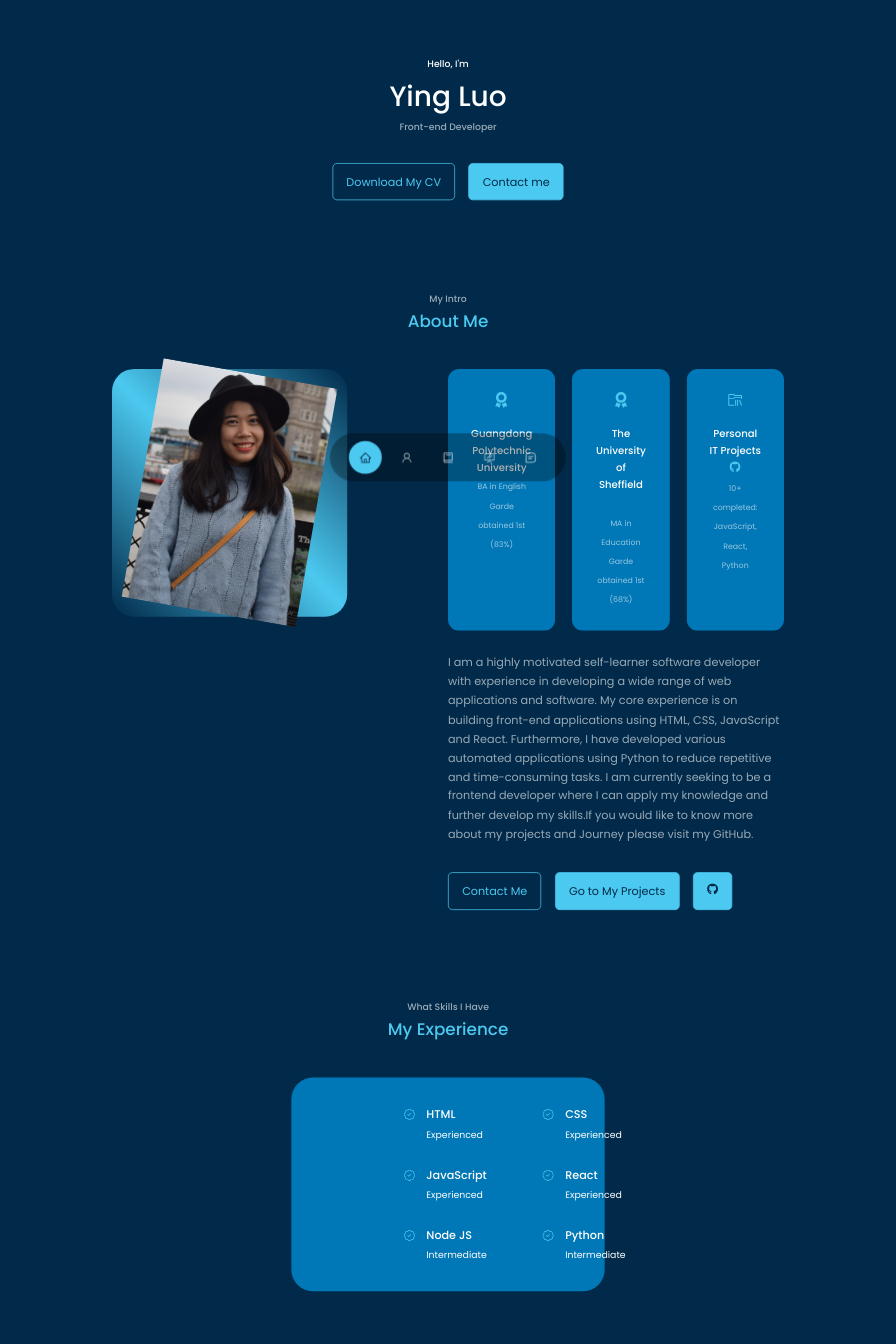
Repository: yingluo1020/react-portfolio-website
Page: /
An editor plug-in stored every save of this project. The page is shown before and after the next save, followed by the edit.
The browser window is 1280 px wide. The pictures show the part of the page from y = 0 to 1920 px (the page is 3794 px tall before and 3758 px after), at 70% of full size.
The project was rebuilt for these pictures with package versions that can differ from the ones it lists, and the page was loaded fresh each time. Imported but missing from the stored project, and not drawn on this page: src/assets/cv1.pdf.

Above is the page before, as saved 2022-03-16 09:28:32.

### src/index.css
@import url('https://fonts.googleapis.com/css2?family=Poppins:wght@300;400;500;600&display=swap');

* {
 margin: 0;
 padding: 0;
 border: 0;
 outline: 0;
 box-sizing: border-box;
 list-style: none;
 text-decoration: none;
}

:root {
    --color-bg:#012a4a;
    --color-bg-variant:#0077b6;
    --color-primary:#4cc9f0;
    --color-primary-variant:rgba(77,181,255,0.4);
    --color-white:#fff;
    --color-light:rgba(255,255,255,0.6);

    --transition:all 400ms ease;

    --container-width-lg:75%;
    --container-width-md:86%;
    --container-width-sm:90%;
}

html {
    scroll-behavior:smooth;
}

::-webkit-scrollbar {
    display: none;
}

body {
    font-family: 'Poppins', sans-serif;
    background: var(--color-bg);
    color:var(--color-white);
    line-height:1.7;
}

/* general styles */
.container {
    width:var(--container-width-lg);
    margin: 0 auto;
}

h1,
h2,
h3,
h4,
h5 {
    font-weight: 500;
}

h1 {
    font-size: 2.5rem;
}

section {
    margin-top: 8rem;
    /* height: 100vh; */
}

section > h2, section > h5 {
    text-align: center;
    color: var(--color-light);
}

section > h2 {
    color: var(--color-primary);
    margin-bottom: 3rem;
}

.text-light {
    color: var(--color-light);
}

a {
    color: var(--color-primary);
    transition: var(--transition);
}

a:hover {
    color: var(--color-white);
}

.btn {
    width: max-content;
    display: inline-block;
    color: var(--color-primary);
    padding: 0.75rem 1.2rem;
    border-radius:0.4rem;
    cursor: pointer;
    border: 1px solid var(--color-primary);
    transition: var(--transition);
}

.btn:hover{
    background: var(--color-white);
    color: var(--color-bg);
    border-color: transparent;
}

.btn-primary {
    background: var(--color-primary);
    color: var(--color-bg);
}

img{
    display: block;
    width: 100%;
    object-fit: cover;
}

/* media queries(medium devices)*/
@media screen and (max-width:1024px) {
    .container {
        width: var(--container-width-sm);
    }

    section> h2 {
        margin-bottom: 2rem;
    }
}

### src/components/header/Header.js
import React from 'react'
import avatar from '../../assets/avatar.JPG'
import './header.css';
import CV from '../../assets/cv1.pdf'


function Header() {
    return (
        <header>
            <div className="container header_container">
                <h5>Hello, I'm</h5>
                <h1>Ying Luo</h1>
                <h5 className="text-light">Front-end Developer</h5>

                <div className='cta'>
                    <a href={CV} download className='btn'>Download My CV</a>
                    <a href="#contact" className='btn btn-primary'>Contact me</a>
                </div>
            </div>
        </header>
    )
}

export default Header

### src/components/nav/Nav.js
import React, { useState } from 'react'
import './nav.css'
import { AiOutlineHome, } from 'react-icons/ai'
import { AiOutlineUser } from 'react-icons/ai'
import { BiBook } from 'react-icons/bi'
import { AiOutlineFundProjectionScreen } from 'react-icons/ai'
import { BiMessageSquareDetail } from 'react-icons/bi'


function Nav() {
    const [activeNav, setActiveNav] = useState('#')
    return (
        <nav>
            <a href="#" onClick={() => setActiveNav('#')} className={activeNav === '#' ? 'active' : ''}><AiOutlineHome /></a>
            <a href="#about" onClick={() => setActiveNav('#about')} className={activeNav === '#about' ? 'active' : ''}><AiOutlineUser /></a>
            <a href="#experience" onClick={() => setActiveNav('#experience')} className={activeNav === '#experience' ? 'active' : ''}><BiBook /></a>
            <a href="#portfolio" onClick={() => setActiveNav('#services')} className={activeNav === '#services' ? 'active' : ''}><AiOutlineFundProjectionScreen /></a>
            <a href="#contact" onClick={() => setActiveNav('#contact')} className={activeNav === '#contact' ? 'active' : ''}><BiMessageSquareDetail /></a>
        </nav>
    )
}

export default Nav

### src/components/portfolio/Portfolio.js
import React from 'react'
import './portfolio.css';
import project1 from '../../assets/todo1.jpg'
import project2 from '../../assets/search.jpg'
import project3 from '../../assets/btc_alert.jpg'



function Portfolio() {
    return (
        <section id='portfolio'>
            <h5>My Projects</h5>
            <h2>Portfolio</h2>
            <div className="container portfolio_container ">
                <article className='portfolio'>
                    <div className="portfolio_head">
                        <h3 >To-Do List web app</h3>
                    </div>


                    <div className="portfolio_item-image">
                        <img src={project1} alt="project1" />
                    </div>

                    <div className="portfolio_link">
                        <a href="https://github.com" target='_blank' className='btn btn-primary'>Github</a>
                    </div>
                </article>

                <article className='portfolio'>
                    <div className="portfolio_head">
                        <h3 >To-Do List web app</h3>
                    </div>

                    <div className="portfolio_body">
                        <div className="portfolio_item-image">
                            <img src={project2} alt="project1" />
                        </div>
                    </div>
                    <div className="portfolio_link">
                        <a href="https://github.com" target='_blank' className='btn btn-primary'>Github</a>
                    </div>
                </article>

                <article className='portfolio'>
                    <div className="portfolio_head">
                        <h3 >To-Do List web app</h3>
                    </div>

                    <div className="portfolio_body">
                        <div className="portfolio_item-image">
                            <img src={project3} alt="project1" />
                        </div>
                    </div>
                    <div className="portfolio_link">
                        <a href="https://github.com" target='_blank' className='btn btn-primary'>Github</a>
                    </div>
                </article>

            </div>
        </section>
    )
}

export default Portfolio

### src/components/contact/Contact.js
import React, { useRef } from 'react'
import './contact.css'
import { MdOutlineEmail } from 'react-icons/md'
import { RiMessengerLine } from 'react-icons/ri'
import { BsWhatsapp } from 'react-icons/bs'
import emailjs from '@emailjs/browser';


function Contact() {
    const form = useRef();

    const sendEmail = (e) => {
        e.preventDefault();

        emailjs.sendForm('service_s6sapzl', 'template_utnko3u', form.current, 'user_Ak4JS85QR5w9GZLqKm3hY')

        alert(`I'll will reply you ASAP :)`)
        e.target.reset()
    };

    return (
        <section id="contact">
            <h5>Get In Touch</h5>
            <h2>Contact Me</h2>

            <div className="container contact_container">
                <div className="contact_options">
                    <article className='contact_option'>
                        <MdOutlineEmail className='contact_option-icon' />
                        <h4>Email</h4>
                        <h5>yingluo1020@gmail.com</h5>
                        <a href="mailto:yingluo1020@gmail.com" target='_blank'>Send a message</a>
                    </article>

                    <article className='contact_option'>
                        <RiMessengerLine className='contact_option-icon' />
                        <h4>Messenger</h4>
                        <h5>Ying Luo</h5>
                        <a href="https://m.me/yng.luo" target='_blank'>Send a message</a>
                    </article>

                    <article className='contact_option'>
                        <BsWhatsapp className='contact_option-icon' />
                        <h4>WhatsApp</h4>
                        <h5>+44 7407171383</h5>
                        <a href="https://api.whatsapp.com/send?phone+447407171383" target='_blank'>Send a message</a>
                    </article>
                </div>
                {/* End of contact options */}
                <form action="" ref={form} onSubmit={sendEmail}>
                    <input type="text" name='name' placeholder='Your Name' required />
                    <input type="email" name='email' placeholder='Your Email' required />
                    <textarea type="text" name='name' placeholder='Your Message' required ></textarea>
                    <button type="submit" className="btn btn-primary">Send a message</button>
                </form>

            </div>
        </section>

    )
}

export default Contact

### src/components/footer/Footer.js
import React from 'react'
import './footer.css'
import { BsLinkedin } from 'react-icons/bs';
import { FaGithub } from 'react-icons/fa';
import { FiDribbble } from 'react-icons/fi';


function Footer() {
    return (
        <footer>
            <a href="https://github.com/yingluo1020" target="_blank" className='footer_logo'><FaGithub /> Ying Luo</a>
            <ul className='permalinks'>
                <li><a href="#">Home</a></li>
                <li><a href="#about">About</a></li>
                <li><a href="#experience">Experience</a></li>
                <li><a href="#portfolio">Portfolio</a></li>
                <li><a href="#contact">Contact</a></li>
            </ul>

            <div className="footer_copyright">
                <small>&copy; All rights reserved by Ying Luo.</small>
            </div>
        </footer>
    )
}

export default Footer

### src/components/header/header.css
header {
    height: 40vh;
    padding-top: 5rem;
    overflow: hidden;
}

.header_container {
    text-align: center;
    height: 100%;
    position: relative;
}

.cta {
    margin: 2.5rem auto;
    display: flex;
    gap:1.2rem;
    justify-content: center;
}

.avatar {
    background: linear-gradient(var(--color-primary),transparent) ;
    width: 22rem;
    height: 30rem;
    position: absolute;
    left: calc(50% - 11rem);
    border-radius: 12rem 12rem 0 0 ;
    overflow: hidden;
    padding: 5rem 1.5rem 1.5rem 1.5rem;
}

### src/components/nav/nav.css
nav {
    background: rgba(0, 0, 0, 0.3);
    width: max-content;
    display: block;
    padding:0.7rem 1.7rem;
    z-index: 2;
    position: fixed;
    left: 50%;
    transform: translateX(-50%);
    bottom: 2rem;
    display: flex;
    gap: 0.8rem;
    border-radius: 3rem;
    /* backdrop-filter: blur(15px); */
}

nav a {
    background: transparent;
    padding: 0.9rem;
    border-radius:50% ;
    display: flex;
    color: var(--color-light);
    font-size: 1.1rem;
}

nav a:hover{
    background: rgba(0, 0, 0, 0.3);
}

nav a.active {
    background: var(--color-primary);
    color: var(--color-bg);
}

### src/components/about/about.css
.about_container {
    display: grid;
    grid-template-columns: 35% 50%;
    gap: 15%;
}

.about_me{
    width: 100%;
    aspect-ratio: 0.95/1;
    border-radius: 2rem;
    background: linear-gradient(45deg,transparent,var( --color-primary),transparent);
    display: grid;
    place-items: center;
}

.about_image {
    border-radius: 2rem;
    overflow: hidden;
    transform: rotate(10deg);
    transition: var(--transition);
}

.about_image:hover{
    transform: rotate(0);
}

.about_image img {
    width: 75%;
    margin: 0 auto;
}
.about_cards {
    display: grid;
    grid-template-columns: repeat(3,1fr);
    gap: 1.5rem;
}

.about_card {
    background: var(--color-bg-variant);
    border:1px solid transparent ;
    border-radius: 1rem;
    padding: 2rem;
    text-align: center;
    transition: var(--transition);
}

.about_card:hover {
    background:transparent;
    border-color:var(--color-primary-variant) ;
    cursor: default;
}

.about_icon {
    color: var(--color-primary);
    font-size: 1.4rem;
    margin-bottom: 1rem;
}

.about_card h5 {
    font-size: 0.9rem;
}

.about_card small {
    font-size: 0.7rem;
    color: var(--color-light);
}

.about_content p {
    margin: 2rem 0 2.6rem;
    color: var(--color-light);
}

.about_content .about_btn {
    display: flex;
    gap:1.2rem;
}

/* media queries(medium devices)*/
@media screen and (max-width:1024px) {
    .about_container {
        grid-template-columns: 1fr ;
        gap:0;
    }

    .about_me{
        width: 50%;
        margin: 2rem auto 4rem;
    }

    .about_content p {
        margin: 1rem 0 1.5rem;
    }
}

/* media queries(small devices)*/
@media screen and (max-width:600px) {
    .about_me{
        width: 65%;
        margin: 0 auto 3rem;
    }

    .about_cards {
        grid-template-columns: 1fr 1fr;
        gap: 1rem;
    }

    .about_content {
        text-align: center;
    }

    .about_content p {
        margin: 1.5rem 0;
    }
}

### src/components/experience/experience.css
.experience_container{
    width: 35%;
}

.experience_container >div {
    background: var(--color-bg-variant);
    padding: 2.4rem 10rem;
    border-radius: 2rem;
    border: 1px solid transparent;
    transition: var(--transition);
}

.experience_container >div:hover{
    background: transparent;
    border-color: var(--color-primary-variant);
    cursor: default;
}

.experience_content {
    display: grid;
    grid-template-columns: 1fr 1fr;
    gap: 5rem;
    row-gap: 2rem;
}

.experience_details {
    display: flex;
    gap: 1rem;
}

.experience_details-icon{
    margin-top: 6px;
    color: var(--color-primary);
}

/* media queries(medium devices)*/
@media screen and (max-width:1024px) {
    .experience_container{
        grid-template-columns: 1fr;
    }

    .experience_container >div {
        width: 80%;
        padding: 2rem;
        margin: 0 auto;
    }

    .experience_content {
        padding: 1rem;
    }
}

/* media queries(small devices)*/
@media screen and (max-width:600px) {
    .experience_container{
        gap: 1rem;
    }

    .experience_container >div {
        width: 100%;
        padding: 2rem 1rem;
    }
}

### src/components/portfolio/portfolio.css
.portfolio_container{
    display: grid;
    grid-template-columns: repeat(3,1fr);
    gap: 2.5rem;
}

.portfolio {
    background: var(--color-bg-variant);
    border-radius:0 0 2rem 2rem;
    border: 1px solid transparent;
    /* height: fit-content; */
    transition: var(--transition);
}

.portfolio:hover {
    background: transparent;
    border-color: var(--color-primary-variant);
    transition: var(--transition);
}

.portfolio_head{
    background: var(--color-primary);
    border-radius:0 0 2rem 2rem;
    padding: 2rem;
    box-shadow: 0 2rem 1rem rgba(0,0,0,0.1);
}

.portfolio_head h3 {
    text-align: center;
    font-size: 1rem;
    color: var(--color-bg);
}

.portfolio_item-image {
    width: 20rem;
    height: 20rem;
    /* aspect-ratio: 1/1;   */
    border-radius: 1.5rem;
    overflow: hidden;
    margin: 1rem auto;
}

.portfolio_link {
    display: flex;
    justify-content: center;
    margin: 1rem 0;
}


/* media queries(medium devices)*/
@media screen and (max-width:1024px) {
    .portfolio_container{
        grid-template-columns: 1fr 1fr;
        gap: 1.2rem;
    }
}

/* media queries(small devices)*/
@media screen and (max-width:600px) {
    .portfolio_container {
        grid-template-columns: 1fr;
        gap: 1rem;
    }
}

### src/components/contact/contact.css
.contact_container {
    width: 58%;
    display: grid;
    grid-template-columns: 30% 58%;
    gap: 12%;
}

.contact_options {
    display: flex;
    flex-direction: column;
    gap: 1.2rem;
}

.contact_option{
    background: var(--color-bg-variant);
    padding: 1.2rem ;
    border-radius:1.2rem;
    border: 1px solid transparent;
    text-align: center;
    transition: var(--transition);
}

.contact_option:hover{
    background: transparent;
    border-color: var(--color-primary-variant);
}

.contact_option-icon{
    font-size: 1.5rem;
    margin-bottom: 0.5rem;
}

.contact_option a {
    margin-top: 0.7rem;
    display: inline-block;
    font-size: 0.8rem;
}

/* form */
form {
    display: flex;
    flex-direction: column;
    gap: 1.2rem;
}

input, textarea{
    width: 100%;
    padding: 1.5rem ;
    border-radius:0.5rem;
    border: 2px solid var(--color-primary-variant);
    background: transparent;
    resize: none; /* 元素不能被用户缩放。 */
    color: var(--color-white);
}

/* media queries(medium devices)*/
@media screen and (max-width:1024px) {
    .contact_container {
        grid-template-columns: 1fr;
        gap: 2rem;
    }

}

/* media queries(small devices)*/
@media screen and (max-width:600px) {
    .contact_container{
        width: var(--container-width-sm);
    }
}

### src/components/footer/footer.css
footer {
    background: var(--color-primary);
    padding: 2rem 0;
    text-align: center;
    font-size: 0.9rem;
    margin-top: 7rem;
}

footer a {
    color: var(--color-bg);
}

.footer_logo{
    font-size: 2rem;
    font-weight: 500;
    margin-bottom: 2rem;
    display: inline-block;
}

.permalinks{
    display: flex;
    flex-wrap: wrap;
    justify-content: center;
    gap: 2rem;
    margin: 0 auto 3rem;
}

.footer_socials{
    display: flex;
    justify-content: center;
    gap: 1rem;
    margin-bottom: 4rem;
}

.footer_socials a {
    display: flex;
    background: var(--color-bg);
    color: var(--color-white);
    padding: 0.8rem;
    border-radius: 0.7rem;
    border: 1px solid transparent;
    transition: var(--transition);
}

.footer_socials a:hover{
    background: transparent;
    color: var(--color-bg);
    border-color: var(--color-bg);
}

.footer_copyright {
    margin-bottom: 4rem;
    color: var(--color-bg);
}

/* media queries(small devices)*/
@media screen and (max-width:600px) {
    .permalinks{
        flex-direction: column;
        gap: 1.5rem;
    }

    .footer_socials{
        margin-bottom: 2.6rem;
    }
}

Loaded but not shown: public/index.html (common file); src/index.js (common file); src/App.js (common file); src/components/about/About.js (60 lines, source omitted); src/components/experience/Experience.js (64 lines, source omitted)

After the next save:
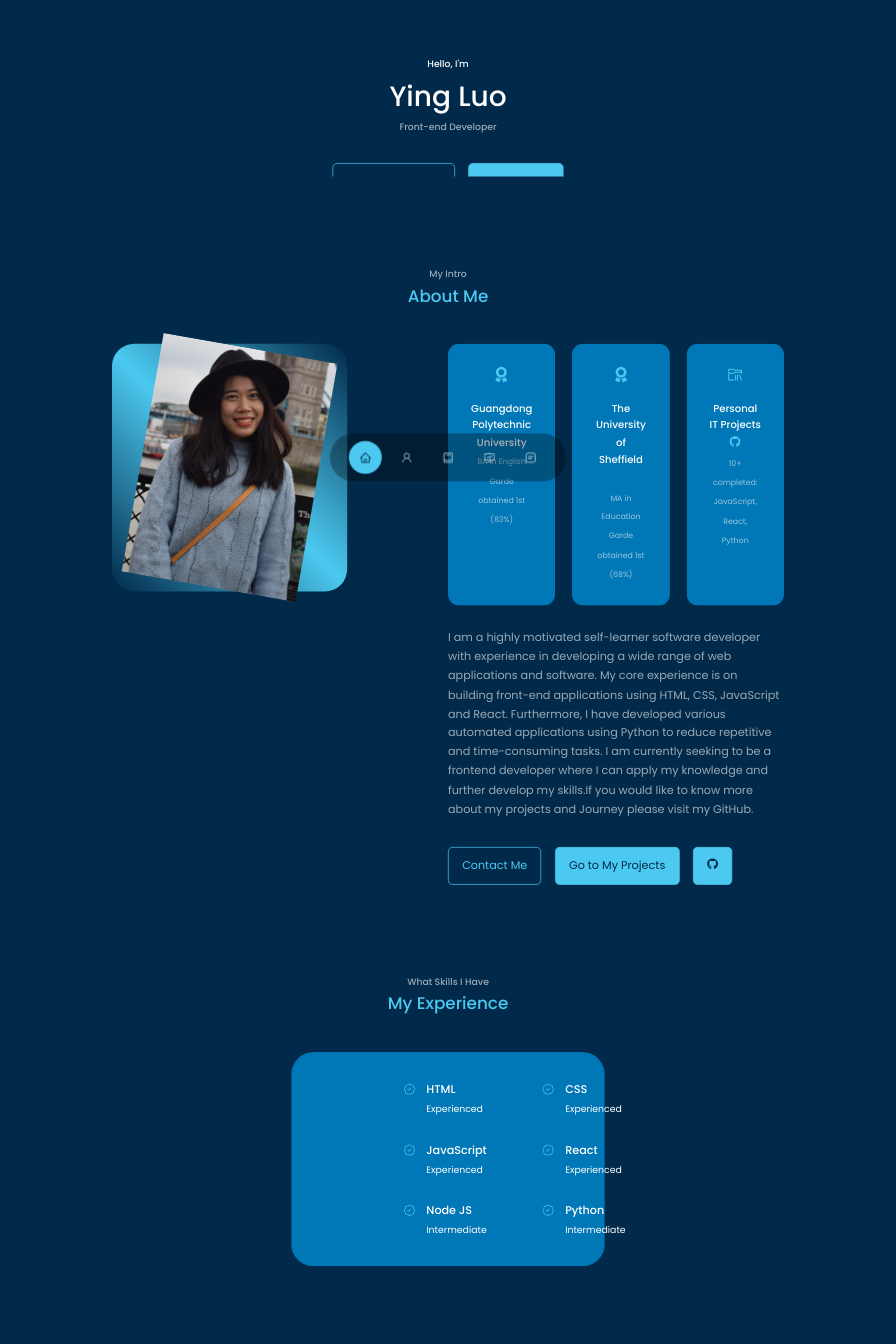
Saved 11 s later.
--- a/src/components/header/header.css
+++ b/src/components/header/header.css
@@ -1,5 +1,5 @@
 header {
-    height: 40vh;
+    height: 35vh;
     padding-top: 5rem;
     overflow: hidden;
 }

After the save that followed:
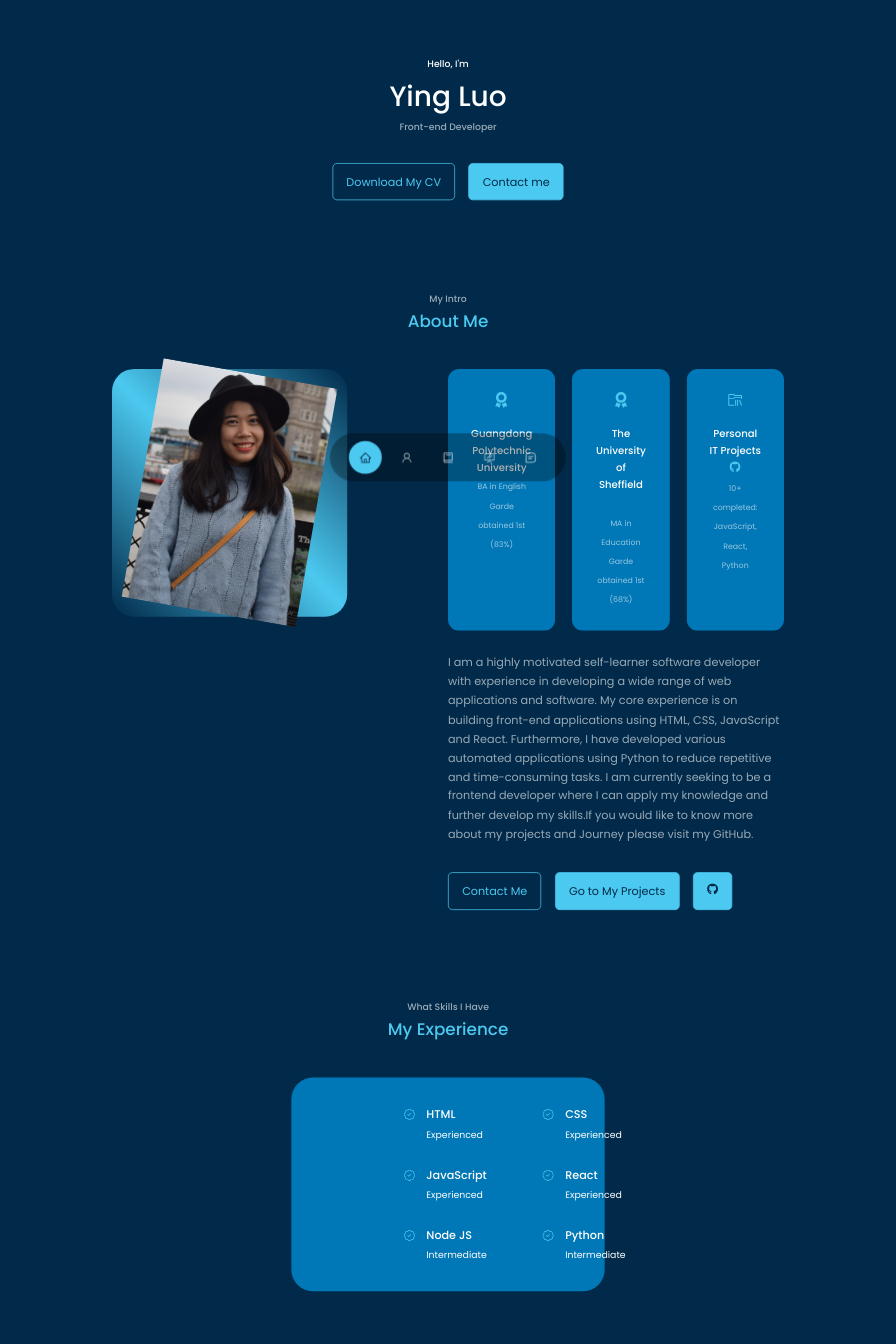
Saved 7 s later.
--- a/src/components/header/header.css
+++ b/src/components/header/header.css
@@ -1,5 +1,5 @@
 header {
-    height: 35vh;
+    height: 40vh;
     padding-top: 5rem;
     overflow: hidden;
 }
